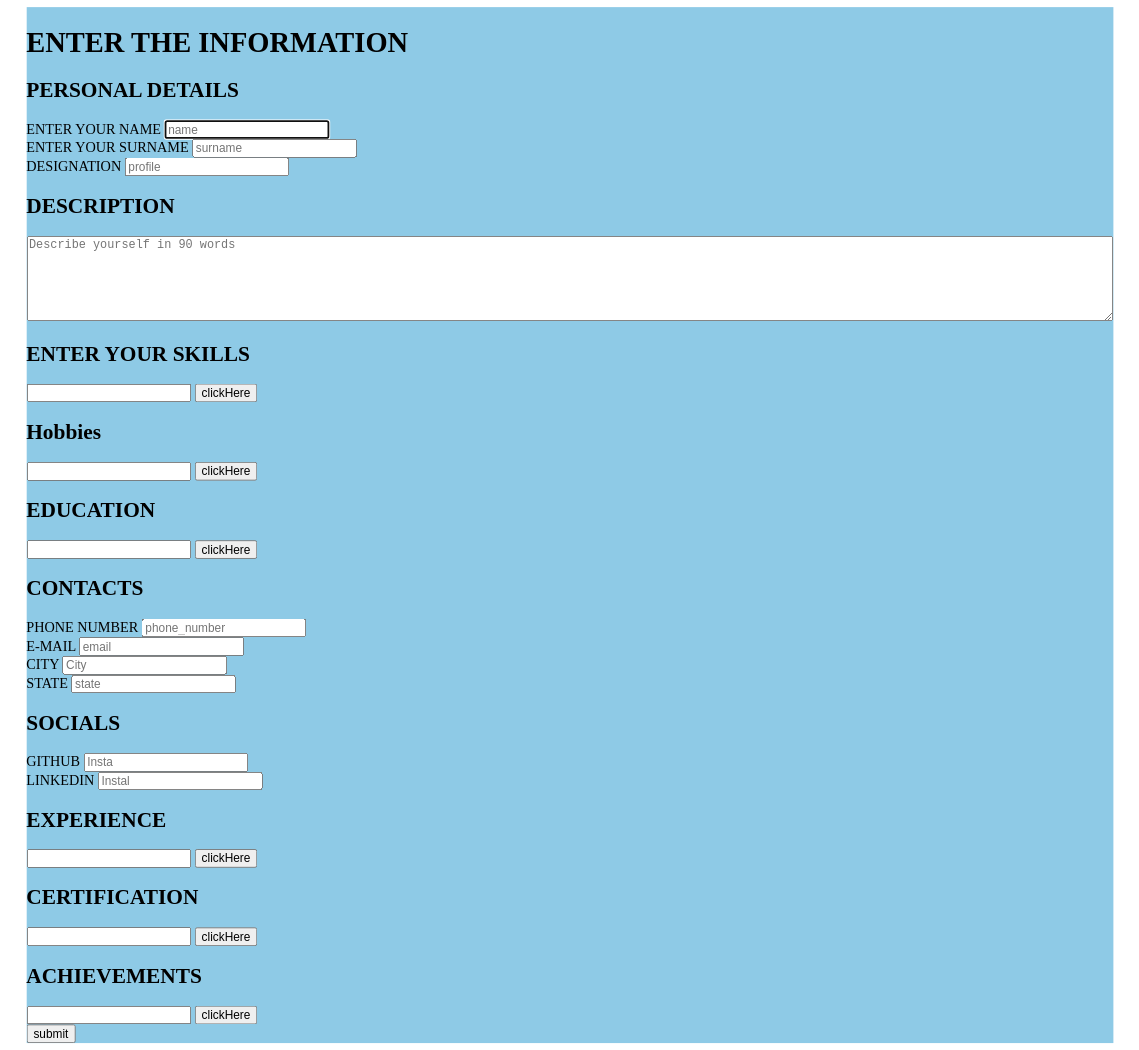
Repository: S-I-D-D-H/sync
Page: http://localhost/resume_builder/ind
The author's editor kept a copy of each file at every save. The page is drawn from the files as they stood at one save, then again after the next save.
The browser window is 1280 px wide. The pictures show the whole page, at 89% of full size.
The page is served by Tomcat 9.

Above is the page before, as saved 2023-09-03 08:21:46.

### ressumebuilder/resume_builder/src/main/webapp/WEB-INF/siddh-servlet.xml
<?xml version="1.0" encoding="UTF-8"?>
<beans xmlns="http://www.springframework.org/schema/beans"
	xmlns:ctx="http://www.springframework.org/schema/context"
	xmlns:xsi="http://www.w3.org/2001/XMLSchema-instance"
	xmlns:mvc="http://www.springframework.org/schema/mvc"
	xsi:schemaLocation="http://www.springframework.org/schema/beans
	http://www.springframework.org/schema/beans/spring-beans-2.5.xsd
	http://www.springframework.org/schema/mvc
	http://www.springframework.org/schema/mvc/spring-mvc-3.0.xsd
	http://www.springframework.org/schema/context
	http://www.springframework.org/schema/context/spring-context-2.5.xsd ">

	<bean class="org.springframework.web.servlet.view.InternalResourceViewResolver" name="ViewResolver">
	<property name="prefix" value="/WEB-INF/VIEWS/"></property>
		<property name="suffix" value=".jsp"></property>
	</bean>
	<ctx:annotation-config></ctx:annotation-config>
	<ctx:component-scan base-package="com.resume"></ctx:component-scan>
	<mvc:annotation-driven/>
	<mvc:resources location="/WEB-INF/resources/" mapping="/resources/**"/>
	<ctx:annotation-config></ctx:annotation-config>
</beans>

### ressumebuilder/resume_builder/src/main/webapp/WEB-INF/VIEWS/form.jsp
<%@ page language="java" contentType="text/html; charset=UTF-8"
    pageEncoding="UTF-8"%>
<!DOCTYPE html>
<html>
<head>
<meta charset="UTF-8">
<title>Insert title here</title>
<style>

#container
{
  background-color: white;
  color: black;
  display: flex;
  justify-content:center;
}
#header
{
  background-color: #8ecae6;
}

</style>
        <script language="javascript" type="text/javascript" >
       var mytext=0;
       var myhob=10;
       var myexp=0;
       var myexp1=0;
       var myexp2=0;
       var myedu=0;
       var mycer=0;
       var mtcer=0;
        function changeIt()
        {

        createTextbox.innerHTML = createTextbox.innerHTML +`<input type='text' name='${mytext}'>`
        mytext++;

        }
        function changeit()
        {
        createhob.innerHTML = createhob.innerHTML +`<input type='text' name='${myhob}'>`
        myhob++;
        }
        function changeitt()
        {
            createedu.innerHTML = createedu.innerHTML +`<input type='text' name='a${myexp}' placeholder='Year'>`
            createedu.innerHTML = createedu.innerHTML +`<input type='text' name='b${myexp1}' placeholder='Name of Institute'>`
            createedu.innerHTML = createedu.innerHTML +`<input type='text' name='c${myexp2}' placeholder='Degree'> <br>`
            myexp++;
            myexp1++;
            myexp2++;
        }
        function changeittt()
        {
            createexp.innerHTML = createexp.innerHTML +`<input type='text' name='d${myedu}' placeholder='Year'>`
            createexp.innerHTML = createexp.innerHTML +`<input type='text' name='e${myedu}' placeholder='Name of Institute'><br>`
            createexp.innerHTML = createexp.innerHTML +`<textarea type='text' name='f${myedu}' placeholder='description' row='1' cols='100'></textarea> <br>`
            myedu++;
        }
        function changeitttt()
        {
            createcer.innerHTML = createcer.innerHTML +`<input type='text' name='g${mycer}' placeholder='Year'>`
            createcer.innerHTML = createcer.innerHTML +`<input type='text' name='p${mycer}' placeholder='Name of Institute'>`
            mycer++;
        }
        function changeok()
        {
            cer.innerHTML = cer.innerHTML +`<input type='text' name='l${mtcer}' placeholder='Year'>`
            cer.innerHTML = cer.innerHTML +`<input type='text' name='m${mtcer}' placeholder='Name of Institute'>`
            cer.innerHTML = cer.innerHTML +`<input type='text' name='n${mtcer}' placeholder='description'>`
            mtcer++;
        }
        </script>

</head>
<body>
   <form action="go" method="post" id="container">

       <div id="header">

       <div if="box0">
          <h1>ENTER THE INFORMATION</h1>
       </div>

        <div id="box1">

        <h2>PERSONAL DETAILS</h2>

        <div class="container">
            <div>
                <label for="name">ENTER YOUR NAME</label>
            <input type="text" name="name", id="name", placeholder="name" required autofocus>
            </div>

          <div>
            <label for="surname">ENTER YOUR SURNAME</label>
            <input type="text" name="surname", id="surname", placeholder="surname" required autofocus>
          </div>

            <div>
                <label for="designation">DESIGNATION</label>
            <input type="text" name="designation", id="designation", placeholder="profile" required autofocus>
            </div>
        </div>

       </div>

       <div id="box2">
       <h2>DESCRIPTION</h2>

       <label for="description"></label>
       <!-- <input type="text" name="designation", id="designation", placeholder="profile" required autofocus> -->
       <textarea maxlength="90" minlength="20" required placeholder="Describe yourself in 90 words" id="description" name="description" rows="6" cols="150" ></textarea>
       </div>

       <div id="box3">
       <h2>ENTER YOUR SKILLS</h2>
       <!-- <input type="text"> -->

        <input type="text" name="in1">

        <input type="button" value="clickHere" onClick="changeIt()">
        <div id="createTextbox"></div>

       </div>

        <div id="box4">
        <h2>Hobbies</h2>
        <input type="text" name="in2">
        <input type="button" value="clickHere" onClick="changeit()">
        <div id="createhob"></div>

        </div>

       <div id="box5">
        <h2>EDUCATION</h2>
        <input type="text" name="in3">
        <input type="button" value="clickHere" onClick="changeitt()">
        <div id="createedu"></div>
        </div>

       <div id="box6">
       <h2>CONTACTS</h2>

      <div class="container">
        <div>
            <label for="phone">PHONE NUMBER</label>
        <input type="number" name="phone", id="phone", placeholder="phone_number" required autofocus>
        </div>
        <div>
            <label for="mail">E-MAIL</label>
        <input type="email" name="mail", id="mail", placeholder="email" required autofocus>
        </div>

        <div>
            <label for="City">CITY</label>
        <input type="text" name="City", id="City", placeholder="City" required autofocus>

        </div>

        <div>
            <label for="state">STATE</label>
        <input type="text" name="state", id="state", placeholder="state" required autofocus>
        </div>

      </div>

       </div>

       <div id="box7">
        <h2>SOCIALS</h2>
        <div class="contain">
          <div>
            <label for="Insta">GITHUB</label>
            <input type="url" name="Insta", id="Insta", placeholder="Insta" required autofocus>
            </div>
            <div>
            <label for="Insta1">LINKEDIN</label>
            <input type="url" name="Insta1", id="Instal", placeholder="Instal" required autofocus>
            </div>
          </div>
       </div>

       <div id="box8">
        <h2>EXPERIENCE</h2>
         <input type="text" name="in4">
        <input type="button" value="clickHere" onClick="changeittt()">
        <div id="createexp"></div>
       </div>

      <div id="box9">

        <h2>CERTIFICATION</h2>
          <input type="text" name="in5">
        <input type="button" value="clickHere" onClick="changeitttt()">
        <div id="createcer"></div>
      </div>

      <div id="box10">

        <h2>ACHIEVEMENTS</h2>
          <input type="text" name="in6">
        <input type="button" value="clickHere" onClick="changeok()">
        <div id="cer"></div>
      </div>

      <div id="footer">
        <button type="submit">submit</button>
       </div>
</div>

      </form>
</body>
</html>

### ressumebuilder/resume_builder/src/main/java/com/resume/homecontroller.java
package com.resume;

import java.util.ArrayList;

import javax.servlet.http.HttpServletRequest;
import javax.servlet.http.HttpServletResponse;
import javax.servlet.http.HttpSession;

import org.springframework.stereotype.Controller;
import org.springframework.web.bind.annotation.RequestMapping;
import org.springframework.web.servlet.ModelAndView;

@Controller
public class homecontroller
{


  @RequestMapping("")
  public ModelAndView view(HttpServletRequest request, HttpServletResponse response)
  {
	  ModelAndView mv = new ModelAndView();
	  mv.setViewName("home");
	  return mv;
  }

  @RequestMapping("/ind")
  public ModelAndView viewindex(HttpServletRequest request, HttpServletResponse response)
  {
	  ModelAndView mv = new ModelAndView();
	  mv.setViewName("form");
	  return mv;
  }

  @RequestMapping("/go")
  public ModelAndView homeindex(HttpServletRequest request, HttpServletResponse response)
  {
	 HttpSession session = request.getSession();
	  ArrayList<String> s1 = new ArrayList<String>();
	  ArrayList<String> s2 = new ArrayList<String>();
	  ArrayList<String> s3 = new ArrayList<String>();
	  ArrayList<String> s4 = new ArrayList<String>();
	  ArrayList<String> s5 = new ArrayList<String>();
	  ArrayList<String> s6 = new ArrayList<String>();
	  int a = Integer.parseInt(request.getParameter("in1"));
	  session.setAttribute("a", a);
	  int f = Integer.parseInt(request.getParameter("in2"));
	  session.setAttribute("f", f);
	  int c = Integer.parseInt(request.getParameter("in3"));
	  session.setAttribute("c", c);
	  int d = Integer.parseInt(request.getParameter("in4"));
	  session.setAttribute("d", d);
	  int e = Integer.parseInt(request.getParameter("in5"));
	  session.setAttribute("e", e);
	  int h = Integer.parseInt(request.getParameter("in6"));
	  session.setAttribute("h", h);
	  int b=0;
	  for(int i = 0; i<a; i++)
	  {
		  s1.add(request.getParameter(""+b).toString());
		  b++;
	  }
	  int m1 = 10;
	  for(int i = 0; i<f; i++)
	  {
		  s2.add(request.getParameter(""+m1).toString());
		  m1++;
	  }
	  int m2 =0;
	  for(int i = 0; i<c; i++)
	  {
		  s3.add(request.getParameter("a"+m2).toString());
		  s3.add(request.getParameter("b"+m2).toString());
		  s3.add(request.getParameter("c"+m2).toString());
		  m2++;
	  }
      int m3=0;
	  for(int i = 0; i<d; i++)
	  {
		  s4.add(request.getParameter("d"+m3).toString());
		  s4.add(request.getParameter("e"+m3).toString());
		  s4.add(request.getParameter("f"+m3).toString());
		  m3++;
	  }
	  int m4=0;
	  for(int i = 0; i<e; i++)
	  {
		  s5.add(request.getParameter("g"+m4).toString());
		  s5.add(request.getParameter("p"+m4).toString());
		  m4++;
	  }
	  int m5=0;
	  for(int i = 0; i<h; i++)
	  {
		  s6.add(request.getParameter("l"+m5).toString());
		  s6.add(request.getParameter("m"+m5).toString());
		  s6.add(request.getParameter("n"+m5).toString());
		  m5++;
	  }
	  session.setAttribute("s1", s1);
	  session.setAttribute("s2", s2);
	  session.setAttribute("s3", s3);
	  session.setAttribute("s4", s4);
	  session.setAttribute("s5", s5);
	  session.setAttribute("s6", s6);


	  System.out.println(s1);
	  System.out.println(s2);
	  System.out.println(s3);
	  System.out.println(s4);
	  System.out.println(s5);

	  String name = request.getParameter("name").toString();
	  session.setAttribute("name", name);
	  String surname = request.getParameter("surname").toString();
	  session.setAttribute("surname", surname);
	  String des = request.getParameter("designation").toString();
	  session.setAttribute("desig", des);

	  String description = request.getParameter("description").toString();
	  session.setAttribute("dec", description);
	  String mail = request.getParameter("mail").toString();
	  session.setAttribute("mail", mail);
	  String city = request.getParameter("City").toString();
	  session.setAttribute("city", city);
	  String state = request.getParameter("state").toString();
	  session.setAttribute("state", state);

	  String Insta = request.getParameter("Insta").toString();
	  session.setAttribute("ur1", Insta);
	  String hub = request.getParameter("Insta1").toString();
	  session.setAttribute("ur2", hub);

	  long numb=Long.parseLong(request.getParameter("phone"));
	  session.setAttribute("num", numb);
	  System.out.println(city);
	  ModelAndView mv = new ModelAndView();
	  mv.setViewName("home2");
	  return mv;
  }

  @RequestMapping("/t1")
  public ModelAndView viewt1(HttpServletRequest request, HttpServletResponse response)
  {
	  ModelAndView mv = new ModelAndView();
	  mv.setViewName("t1");
	  return mv;
  }

  @RequestMapping("/t2")
  public ModelAndView viewt2(HttpServletRequest request, HttpServletResponse response)
  {
	  ModelAndView mv = new ModelAndView();
	  mv.setViewName("t2");
	  return mv;
  }

  @RequestMapping("/t3")
  public ModelAndView viewt3(HttpServletRequest request, HttpServletResponse response)
  {
	  ModelAndView mv = new ModelAndView();
	  mv.setViewName("t3");
	  return mv;
  }

}

After the next save:
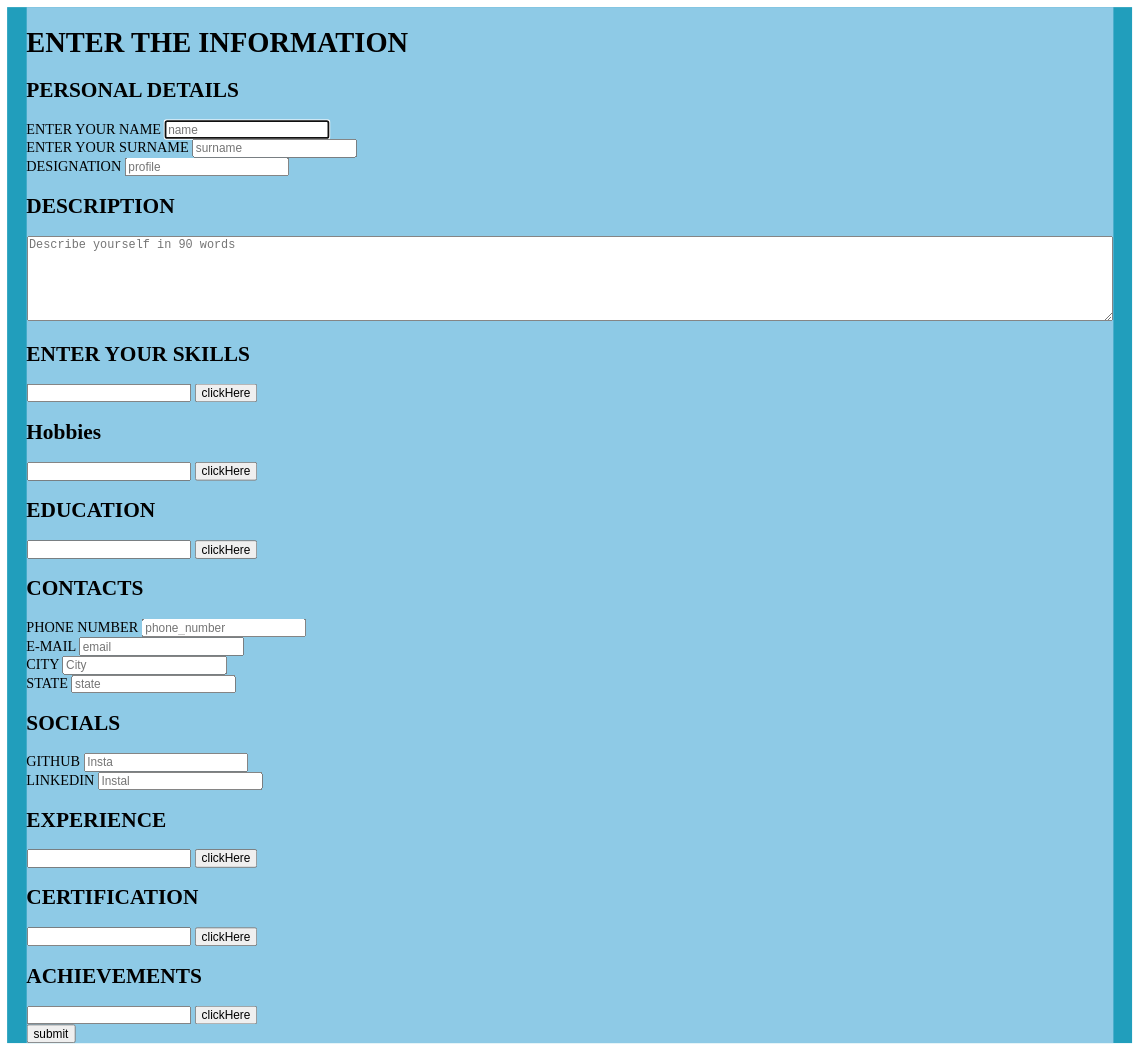
Saved 28 s later.
--- a/ressumebuilder/resume_builder/src/main/webapp/WEB-INF/VIEWS/form.jsp
+++ b/ressumebuilder/resume_builder/src/main/webapp/WEB-INF/VIEWS/form.jsp
@@ -9,7 +9,7 @@
 
 #container
 {
-  background-color: white;
+  background-color: #219ebc;
   color: black;
   display: flex;
   justify-content:center;
